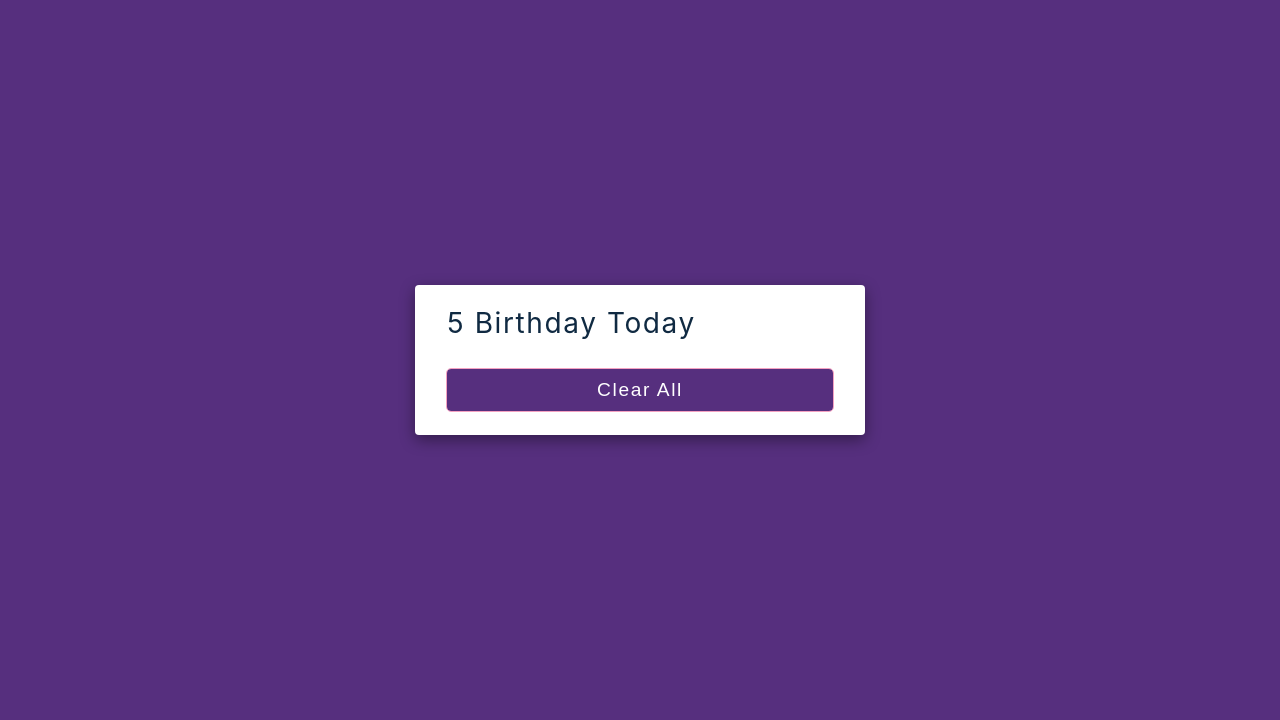
Repository: Chetandev16/Birthday-reminder
Page: /
These files come from the project's save history. The page is drawn as it stood at one moment and after the next save; the edit follows.
The browser window is 1280 px wide. The pictures show the whole page.
Pictures or frames that could not be fetched are drawn as grey boxes. The project was rebuilt for these pictures with package versions that can differ from the ones it lists, and the page was loaded fresh each time.

Above is the page before, as saved 2022-01-23 17:55:03.

After the next save:
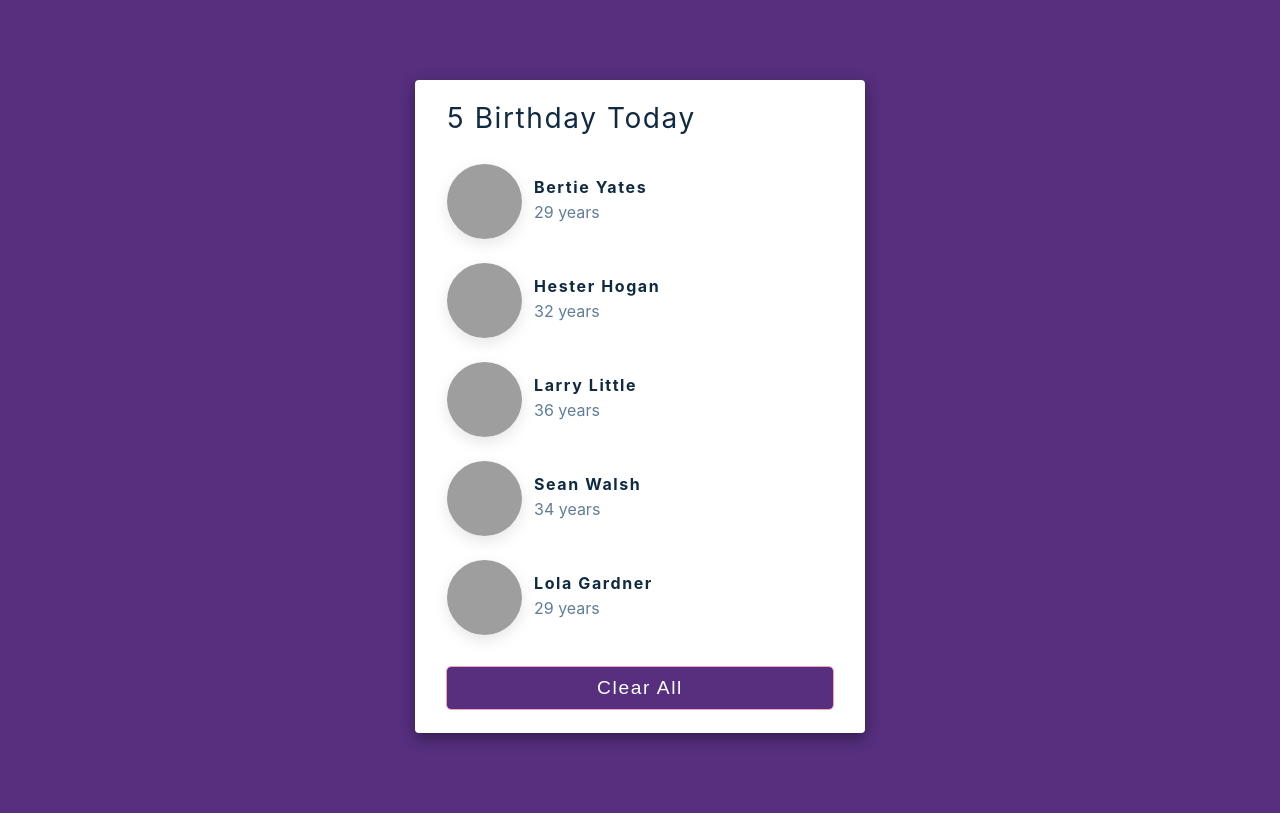
Saved 112 s later.
--- a/src/List.js
+++ b/src/List.js
@@ -3,7 +3,16 @@ import React from 'react';
 const List = ({people}) => {
   return (
     <>
-
+      {people.map((person)=>{
+        const {id,name,age,image} = person;
+        return <article key={id} className='person'>
+          <img src={image} alt={name}/>
+          <div>
+            <h4>{name}</h4>
+            <p>{age} years</p>
+          </div>
+        </article>
+      })}
     </>
   );
 };
